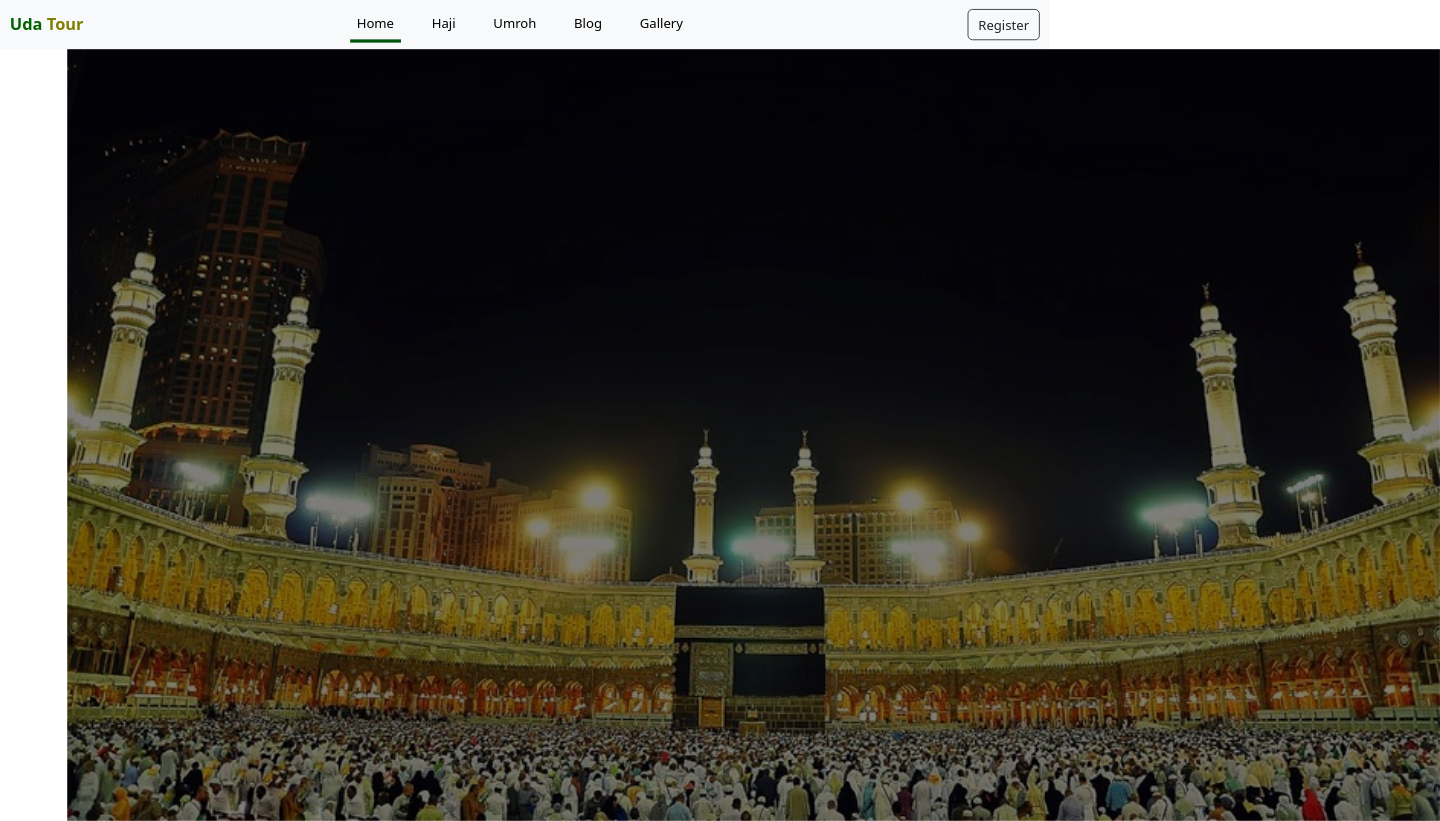
Repository: Putrabobi/Task7
Page: index.html
An editor plug-in stored every save of this project. The page is shown before and after a run of saves, followed by the edit.
The browser window is 1280 px wide. The page is 1756 px wide, then 1280 px, so the pictures cover 1756 px, including what lies to the right of the window. The pictures show the whole page, at 82% of full size.

Above is the page before, as saved 2024-03-25 10:20:29.

### index.html
<!DOCTYPE html>
<html lang="en">

<head>
    <meta charset="UTF-8">
    <meta name="viewport" content="width=device-width, initial-scale=1.0">
    <title>Haji & Umroh</title>
    <link href="https://cdn.jsdelivr.net/npm/bootstrap@5.3.3/dist/css/bootstrap.min.css" rel="stylesheet"
        integrity="sha384-QWTKZyjpPEjISv5WaRU9OFeRpok6YctnYmDr5pNlyT2bRjXh0JMhjY6hW+ALEwIH" crossorigin="anonymous">
</head>

<body>
    <nav class="navbar navbar-expand-lg  bg-body-tertiary">
        <div class="container-fluid">
            <a class="navbar-brand" href="#">
                <span style="color: darkgreen;" class="fw-bold">Uda</span>
                <span style="color: olive;" class="fw-bold">Tour</span>
            </a>

            <button class="navbar-toggler" type="button" data-bs-toggle="collapse"
                data-bs-target="#navbarSupportedContent" aria-controls="navbarSupportedContent" aria-expanded="false"
                aria-label="Toggle navigation">
                <span class="navbar-toggler-icon"></span>
            </button>
            <div class="collapse navbar-collapse" id="navbarSupportedContent">
                <ul class="navbar-nav me-auto mb-2 mb-lg-0 mx-auto">
                    <li class="nav-item" style="margin-right: 30px;">
                        <a class="nav-link active" aria-current="page" href="#" style="border-bottom: 4px solid #00570f; color: #000000;">Home</a>
                    </li>
                    <li class="nav-item" style="margin-right: 30px;">
                        <a class="nav-link" href="#" style="color: #000;">Haji</a>
                    </li>
                    <li class="nav-item" style="margin-right: 30px;">
                        <a class="nav-link disabled" style="color: #000;">Umroh</a>
                    </li>
                    <li class="nav-item" style="margin-right: 30px;">
                        <a class="nav-link disabled" style="color: #000;">Blog</a>
                    </li>
                    <li class="nav-item" style="margin-right: 30px;">
                        <a class="nav-link disabled" style="color: #000;">Gallery</a>
                    </li>
                </ul>
                    <button class="btn btn-outline-dark" type="submit">Register</button>
            </div>

        </div>
    </nav>

    <div class="container">
        <img src="images/mekkah.jpg" style="filter: brightness(50%);" alt="Mekkah" width="150%">

    </div>

</body>

</html>

After the next 2 saves:
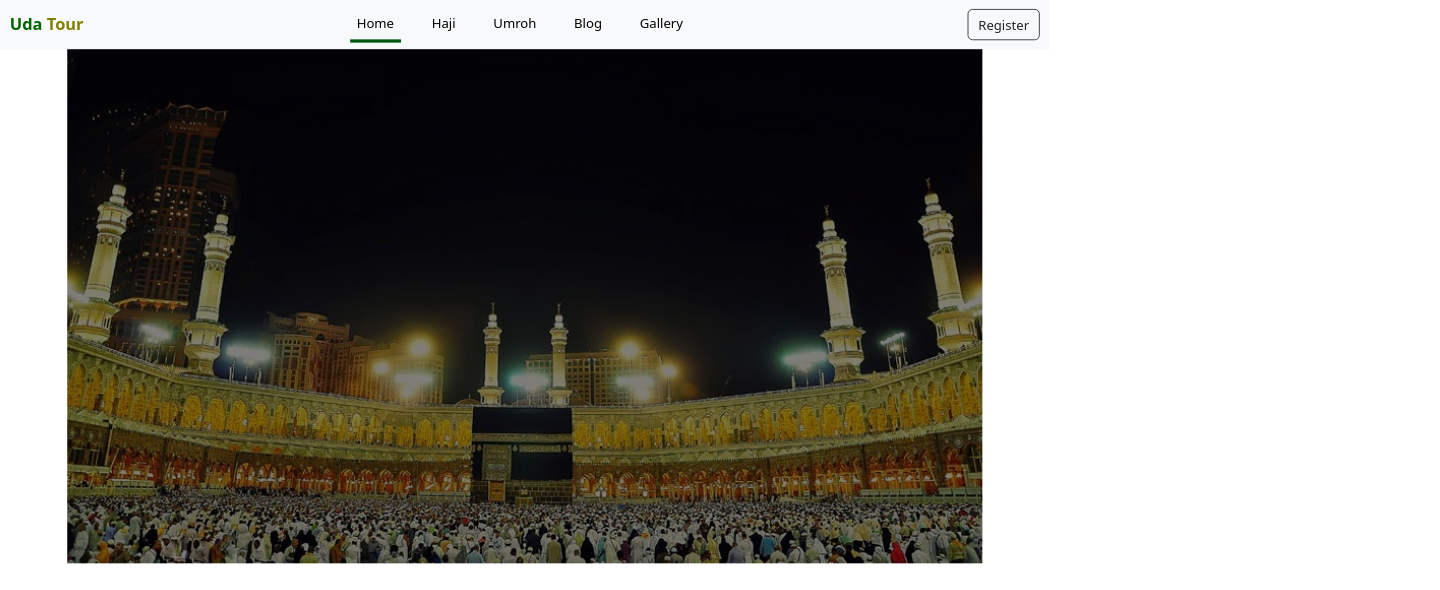
The 2 saves are shown as one change because they came seconds apart.
The last was saved 16 s later.
--- a/index.html
+++ b/index.html
@@ -47,7 +47,7 @@
     </nav>
 
     <div class="container">
-        <img src="images/mekkah.jpg" style="filter: brightness(50%);" alt="Mekkah" width="150%">
+        <img src="images/mekkah.jpg" style="filter: brightness(50%);" alt="Mekkah" width="100%">
 
     </div>
 
